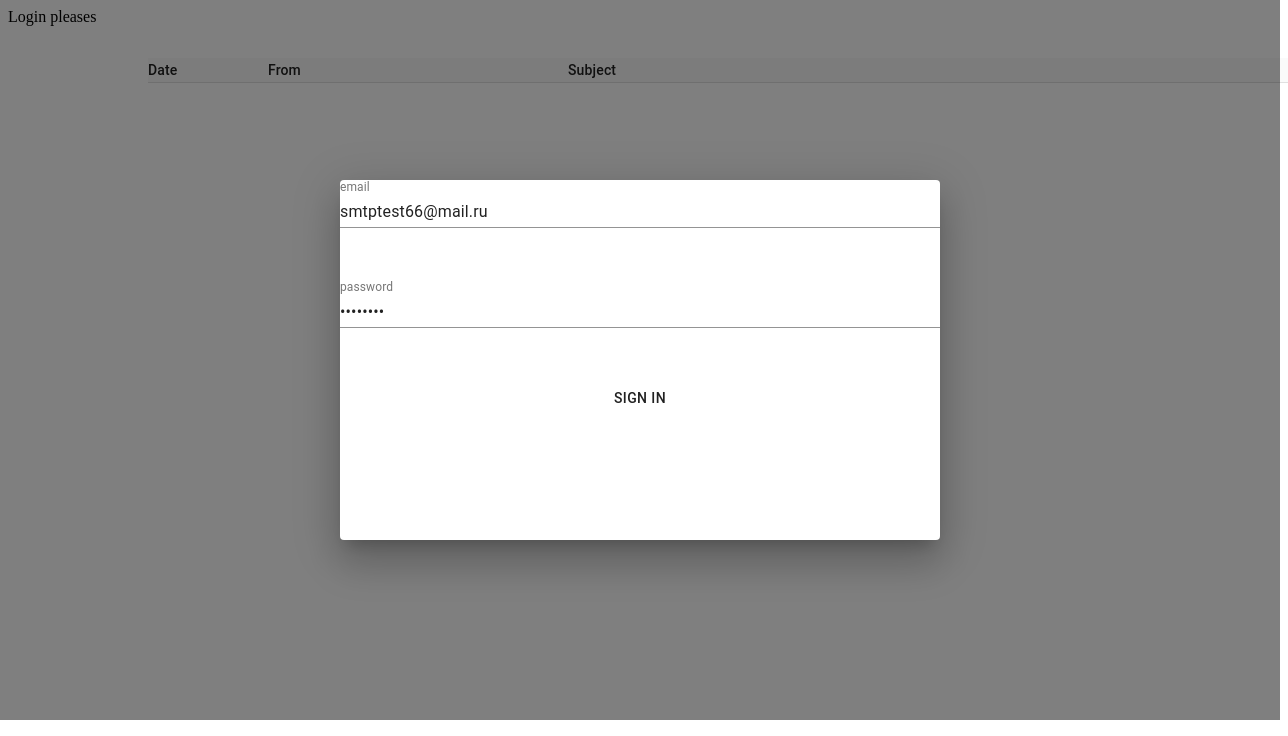
Repository: atakhanovrodion/mailclient
Page: / (app in client/)
An editor plug-in stored every save of this project. The page is shown before and after the next save, followed by the edit.
The browser window is 1280 px wide. The page is 1288 px wide, so the pictures cover 1288 px, including what lies to the right of the window. The pictures show the whole page.
The project was rebuilt for these pictures with package versions that can differ from the ones it lists, and the page was loaded fresh each time. Also part of the build but not shown: client/webpack.config.js.

Above is the page before, as saved 2021-03-16 09:51:58.

After the next save:
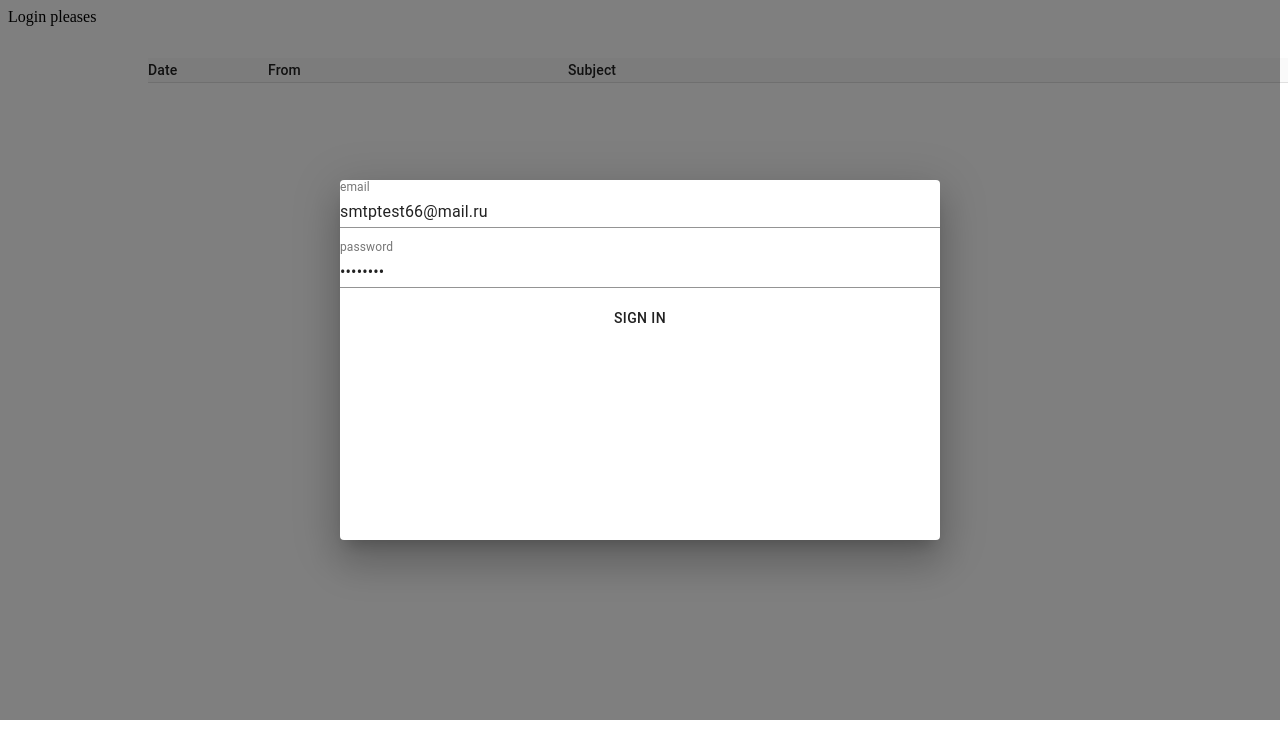
Saved 20 s later.
--- a/client/src/css/main.css
+++ b/client/src/css/main.css
@@ -17,5 +17,5 @@
 .loginForm {
   display: grid;
   grid-template-columns: 200px 1f;
-  grid-template-rows: 100px 100px 1fr;
+  grid-template-rows: 60px 60px 1fr;
 }
